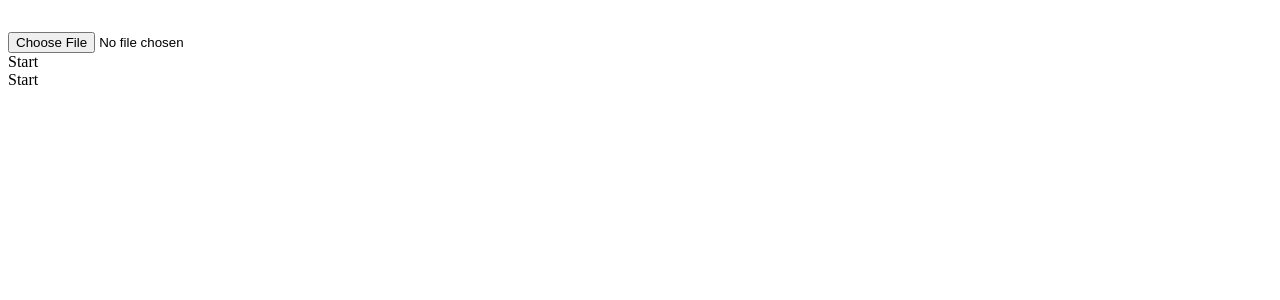
Repository: Hexya/Kaleidoscope
Page: app/index.html
The author's editor kept a copy of each file at every save. The page is drawn from the files as they stood at one save, then again after the next save.
The browser window is 1280 px wide. The pictures show the whole page.

Above is the page before, as saved 2021-05-18 15:27:36.

### app/index.html
<html>
    <head>
        <title>Three Sound Exp</title>
    </head>
    <body>
        <div id="main">
            <div class="warning">
                <img src="data:[embedded picture, 3831 characters]" />
            </div>
        </div>
        <div class="home-container">
            <input type="file" class="img">
            <div class="ready-anim">Start</div>
            <div class="load-btn"></div>
            <div class="start-btn">Start</div>
        </div>
    </body>
</html>

After the next save:
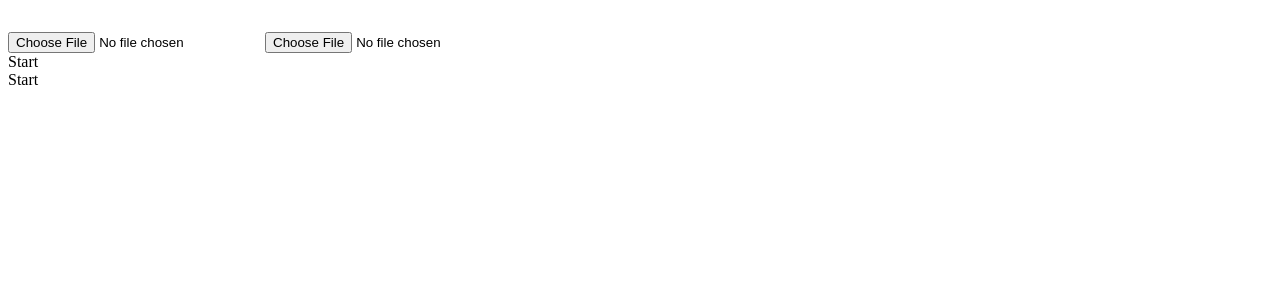
Saved 71 s later.
--- a/app/index.html
+++ b/app/index.html
@@ -10,6 +10,7 @@
         </div>
         <div class="home-container">
             <input type="file" class="img">
+            <input type="file" class="img2">
             <div class="ready-anim">Start</div>
             <div class="load-btn"></div>
             <div class="start-btn">Start</div>
